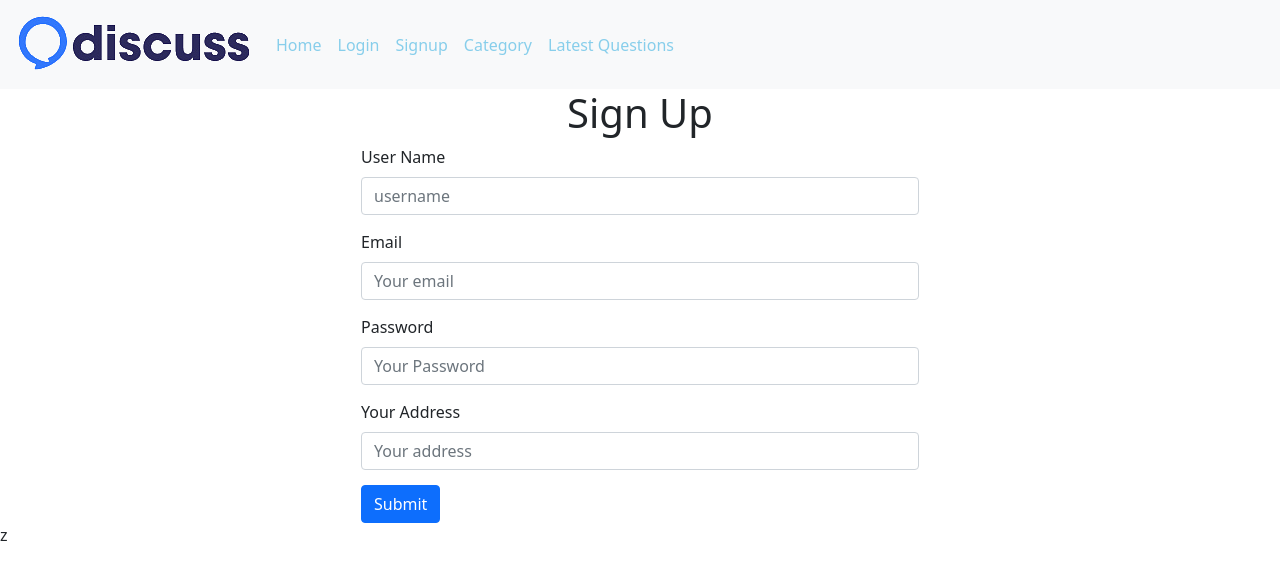
Repository: zeeShanizeeshan/php-project
Page: http://localhost/?login=true
An editor plug-in stored every save of this project. The page is shown before and after the next save, followed by the edit.
The browser window is 1280 px wide. The pictures show the whole page.
The page is run by PHP 8.4 with error messages shown; the project is at /var/www/html/.

Above is the page before, as saved 2025-12-02 16:57:30.

### index.php
<!DOCTYPE html>
<html lang="en">

<head>
    <meta charset="UTF-8">
    <title>Discuss Project</title>
    <?php include('./client/commonFiles.php') ?>
</head>

<body>
    <?php
    include('./client/header.php');

    if (isset($_GET['signup'])) {
        include('./client/signup.php');
    } else if (isset($_GET['login'])) {
        include('./client/login.php');
    } else {
        //
    }
    ?>
</body>

</html>

### client/commonFiles.php
<link href="https://cdn.jsdelivr.net/npm/bootstrap@5.0.2/dist/css/bootstrap.min.css" rel="stylesheet" integrity="sha384-EVSTQN3/azprG1Anm3QDgpJLIm9Nao0Yz1ztcQTwFspd3yD65VohhpuuCOmLASjC" crossorigin="anonymous">
<script src="https://cdn.jsdelivr.net/npm/bootstrap@5.0.2/dist/js/bootstrap.bundle.min.js" integrity="sha384-MrcW6ZMFYlzcLA8Nl+NtUVF0sA7MsXsP1UyJoMp4YLEuNSfAP+JcXn/tWtIaxVXM" crossorigin="anonymous"></script>
<link rel="stylesheet" href="./public/style.css">
</link>

### client/header.php
<nav class="navbar navbar-expand-lg navbar-light bg-light">
    <div class="container-fluid">
        <a class="navbar-brand" href="#">
            <img src="./public/discusslogo.png" alt="">
        </a>
        <div class="collapse navbar-collapse" id="navbarNav">
            <ul class="navbar-nav">
                <li class="nav-item">
                    <a class="nav-link active" href="./">Home</a>
                </li>
                <li class="nav-item">
                    <a class="nav-link" href="?login=true">Login</a>
                </li>
                <li class="nav-item">
                    <a class="nav-link" href="?signup=true">Signup</a>
                </li>
                <li class="nav-item">
                    <a class="nav-link" href="#">Category</a>
                </li>
                <li class="nav-item">
                    <a class="nav-link" href="#">Latest Questions</a>
                </li>
            </ul>
        </div>
    </div>
</nav>

### client/login.php
<div class="container">
    <h1 class="heading">Sign Up</h1>
    <form>

        <div class="col-6 offset-sm-3 margin-bottom ">
            <label for="username" class="form-label">User Name</label>
            <input type="text" class="form-control" id="username" placeholder="username">
        </div>

        <div class="col-6 offset-sm-3 margin-bottom">
            <label for="email" class="form-label">Email</label>
            <input type="text" class="form-control" id="email" placeholder="Your email">
        </div>

        <div class="col-6 offset-sm-3 margin-bottom ">
            <label for="Password" class="form-label">Password</label>
            <input type="Password" class="form-control" id="Password" placeholder="Your Password">
        </div>

        <div class="col-6 offset-sm-3 margin-bottom">
            <label for="address" class="form-label">Your Address</label>
            <input type="text" class="form-control" id="address" placeholder="Your address">
        </div>
        <div class="col-6 offset-sm-3">
            <button type="submit" class="btn btn-primary">Submit</button>

        </div>
    </form>
</div>z

### public/style.css
a{
    color: skyblue !important;
}

.heading{
 text-align: center;
}

.margin-bottom{
    margin-bottom: 15px;
}

After the next save:
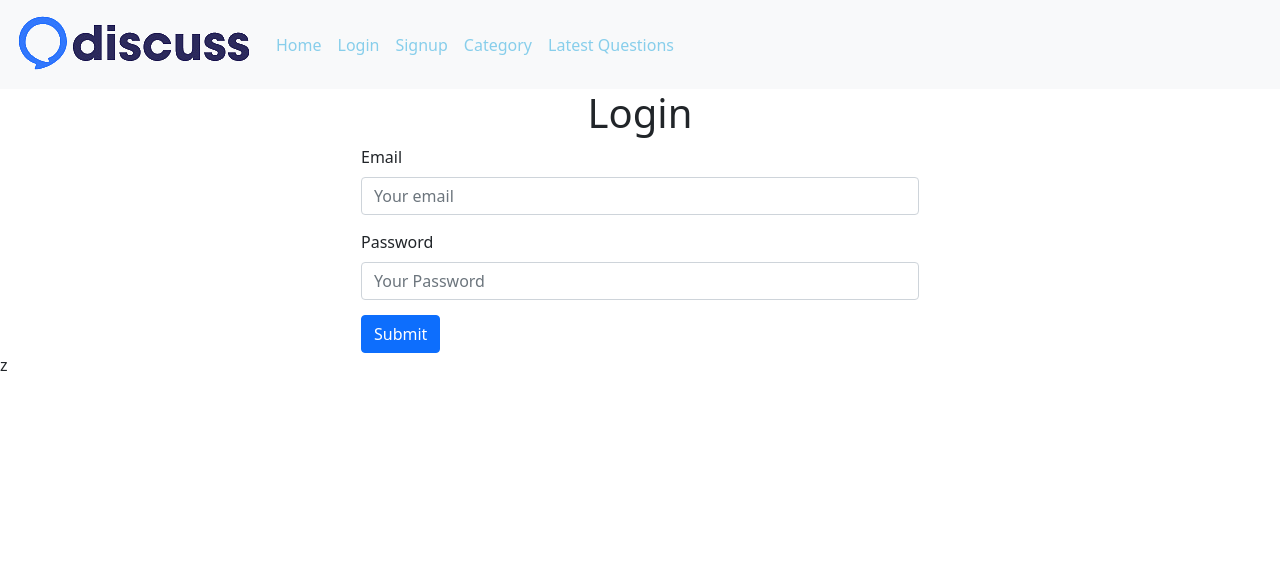
Saved 63 s later.
--- a/client/login.php
+++ b/client/login.php
@@ -1,11 +1,6 @@
 <div class="container">
-    <h1 class="heading">Sign Up</h1>
+    <h1 class="heading">Login</h1>
     <form>
-
-        <div class="col-6 offset-sm-3 margin-bottom ">
-            <label for="username" class="form-label">User Name</label>
-            <input type="text" class="form-control" id="username" placeholder="username">
-        </div>
 
         <div class="col-6 offset-sm-3 margin-bottom">
             <label for="email" class="form-label">Email</label>
@@ -17,10 +12,6 @@
             <input type="Password" class="form-control" id="Password" placeholder="Your Password">
         </div>
 
-        <div class="col-6 offset-sm-3 margin-bottom">
-            <label for="address" class="form-label">Your Address</label>
-            <input type="text" class="form-control" id="address" placeholder="Your address">
-        </div>
         <div class="col-6 offset-sm-3">
             <button type="submit" class="btn btn-primary">Submit</button>
 
